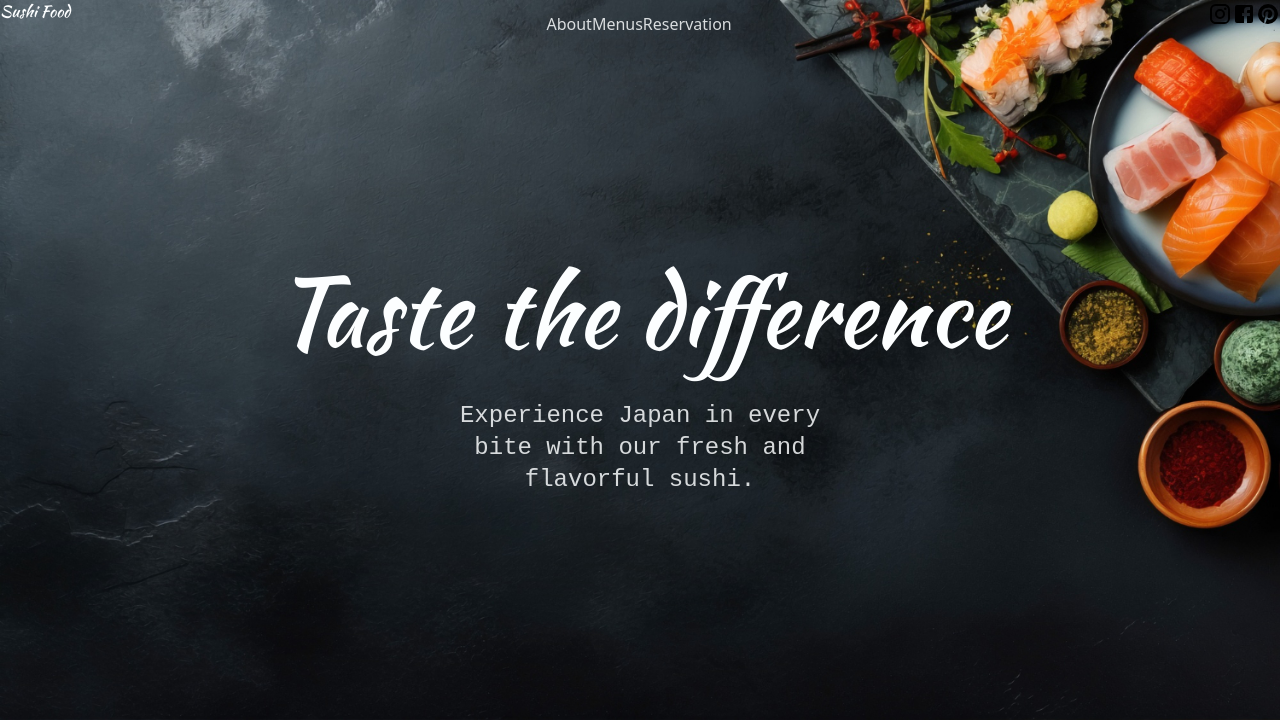
Repository: Adrien-legeleu/sushi-food
Page: /
An editor plug-in stored every save of this project. The page is shown before and after the next save, followed by the edit.
The browser window is 1280 px wide. The pictures show the whole page.
Some web fonts or font styles are not loaded; a fallback is used. The project was rebuilt for these pictures with package versions that can differ from the ones it lists, and the page was loaded fresh each time. Also part of the build but not shown: vite.config.ts.

Above is the page before, as saved 2024-04-28 20:11:47.

After the next save:
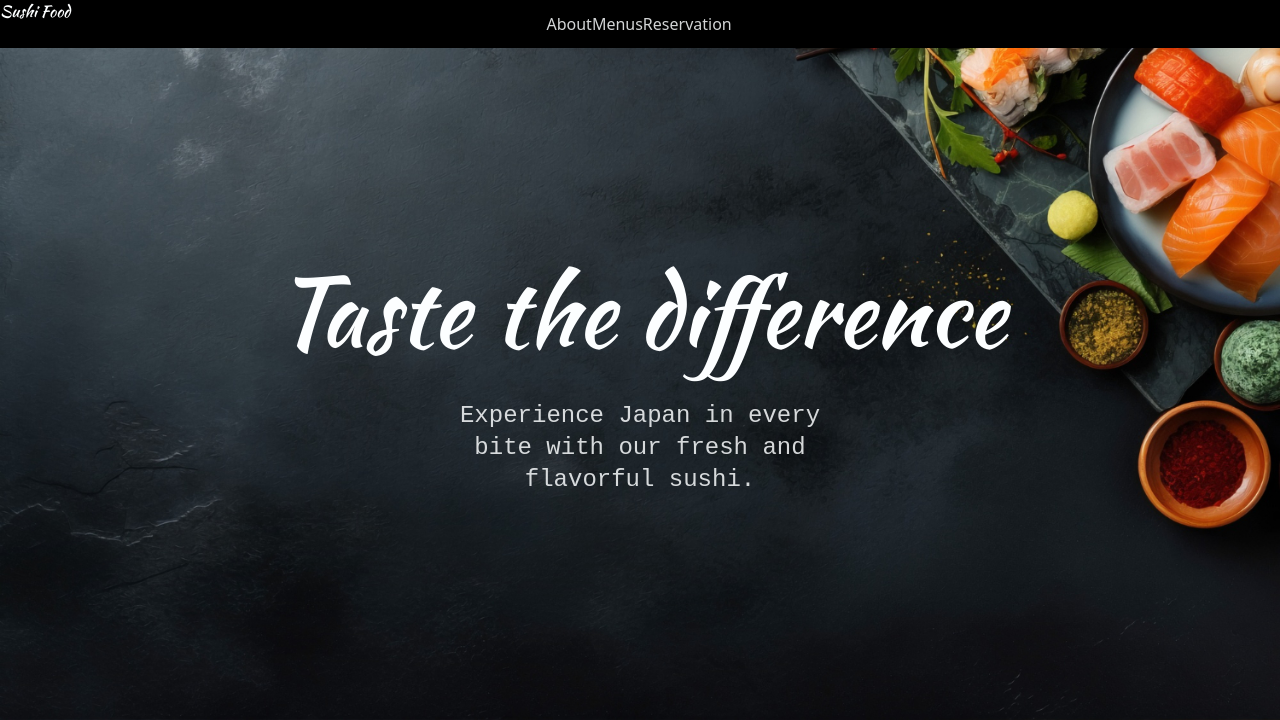
Saved 6 s later.
--- a/src/Components/Header.tsx
+++ b/src/Components/Header.tsx
@@ -3,7 +3,7 @@
 import PinterestIcon from '@mui/icons-material/Pinterest';
 export const Header =()=>{
     return (
-        <div className='fixed h-12 w-full flex justify-between'>
+        <div className='fixed h-12 w-full bg-black flex justify-between'>
             <h2 className='font-title text-whiteTitle'>Sushi Food</h2>
             <ul className='flex items-center justify-between text-whiteText'>
                 <li>About</li>

After the save that followed:
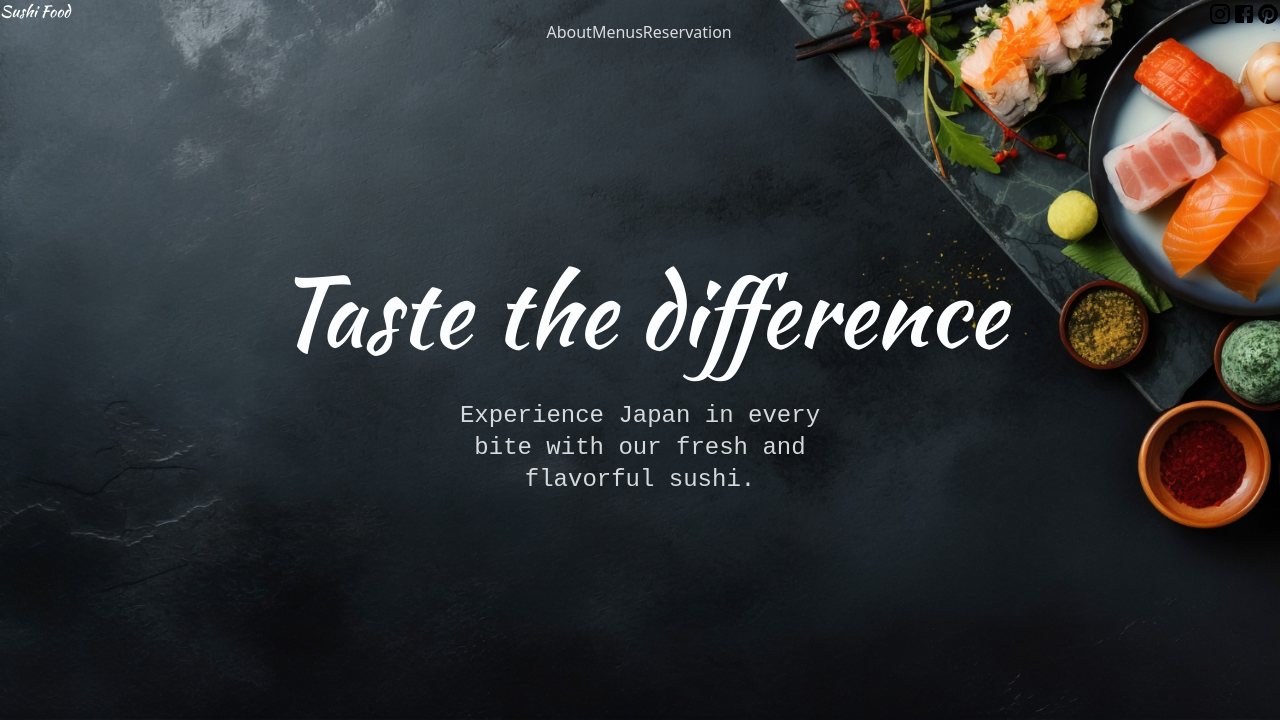
Saved 8 s later.
--- a/src/Components/Header.tsx
+++ b/src/Components/Header.tsx
@@ -3,7 +3,7 @@
 import PinterestIcon from '@mui/icons-material/Pinterest';
 export const Header =()=>{
     return (
-        <div className='fixed h-12 w-full bg-black flex justify-between'>
+        <div className='fixed h-16 w-full  flex justify-between'>
             <h2 className='font-title text-whiteTitle'>Sushi Food</h2>
             <ul className='flex items-center justify-between text-whiteText'>
                 <li>About</li>
